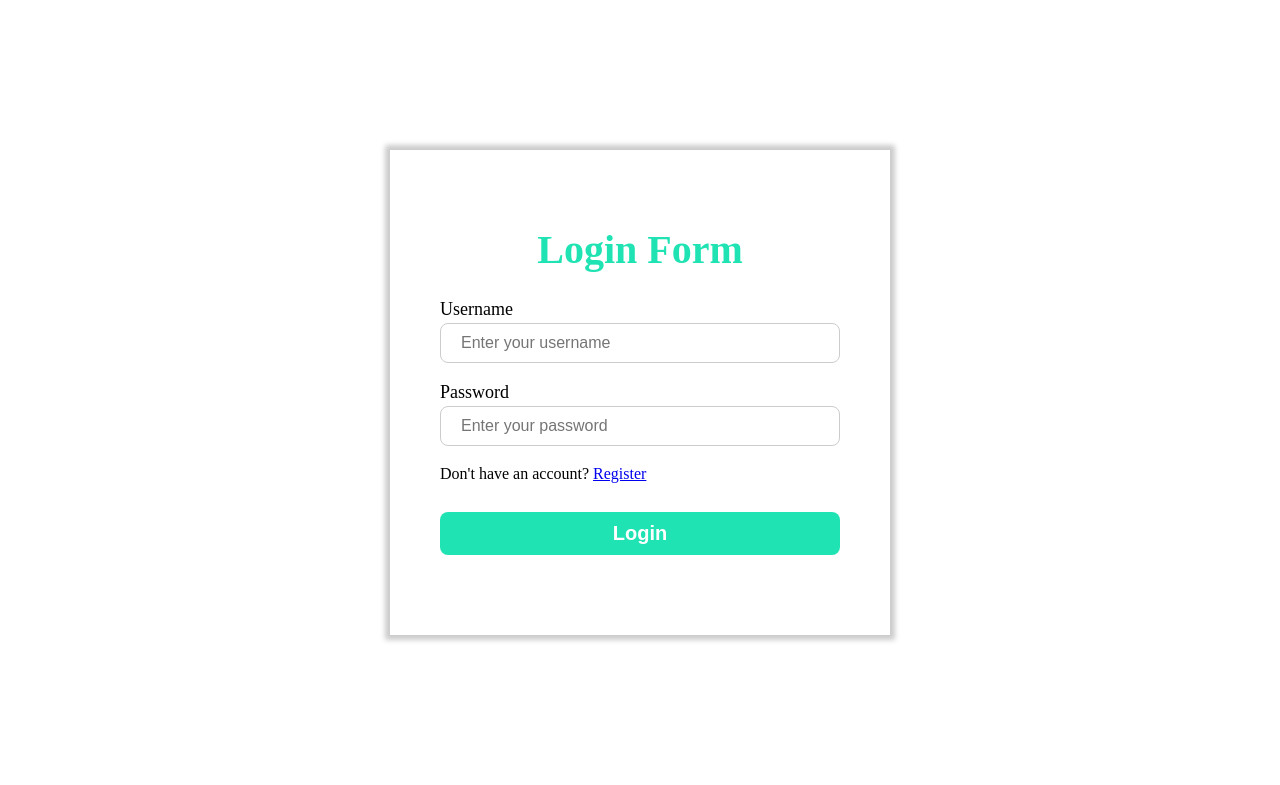
Repository: Trung0810/btl_cnpm_fe
Page: /
The author's editor kept a copy of each file at every save. The page is drawn from the files as they stood at one save, then again after the next save.
The browser window is 1280 px wide. The pictures show the whole page.
The project was rebuilt for these pictures with package versions that can differ from the ones it lists, and the page was loaded fresh each time. Also part of the build but not shown: src/components/header/header.css, src/components/header/Header.js, src/components/footer/Footer.css, src/components/footer/Footer.js, src/components/shoes_list/ShoesCard.css, src/components/shoes_list/ShoesCard.js, src/components/shoes_list/ShoesList.css, src/components/shoes_list/ShoesList.js and 14 more.

Above is the page before, as saved 2026-03-31 09:29:12.

### public/index.html
<!doctype html>
<html lang="en">
  <head>
    <meta charset="utf-8" />
    <link rel="icon" href="%PUBLIC_URL%/favicon.ico" />
    <meta name="viewport" content="width=device-width, initial-scale=1" />
    <meta name="theme-color" content="#000000" />
    <meta
      name="description"
      content="Web site created using create-react-app"
    />
    <link rel="apple-touch-icon" href="%PUBLIC_URL%/logo192.png" />
    <!--
      manifest.json provides metadata used when your web app is installed on a
      user's mobile device or desktop. See https://developers.google.com/web/fundamentals/web-app-manifest/
    -->
    <link rel="manifest" href="%PUBLIC_URL%/manifest.json" />
    <!--
      Notice the use of %PUBLIC_URL% in the tags above.
      It will be replaced with the URL of the `public` folder during the build.
      Only files inside the `public` folder can be referenced from the HTML.

      Unlike "/favicon.ico" or "favicon.ico", "%PUBLIC_URL%/favicon.ico" will
      work correctly both with client-side routing and a non-root public URL.
      Learn how to configure a non-root public URL by running `npm run build`.
    -->
    <link rel="preconnect" href="https://fonts.googleapis.com" />
    <link rel="preconnect" href="https://fonts.gstatic.com" crossorigin />
    <link
      href="https://fonts.googleapis.com/css2?family=DM+Sans:ital,opsz,wght@0,9..40,100..1000;1,9..40,100..1000&family=Oswald:wght@200..700&display=swap"
      rel="stylesheet"
    />
    <title>React App</title>
  </head>
  <body>
    <noscript>You need to enable JavaScript to run this app.</noscript>
    <div id="root"></div>
    <!--
      This HTML file is a template.
      If you open it directly in the browser, you will see an empty page.

      You can add webfonts, meta tags, or analytics to this file.
      The build step will place the bundled scripts into the <body> tag.

      To begin the development, run `npm start` or `yarn start`.
      To create a production bundle, use `npm run build` or `yarn build`.
    -->
  </body>
</html>

### src/index.js
import React from "react";
import ReactDOM from "react-dom/client";
import App from "./App";
import reportWebVitals from "./reportWebVitals";
import "./index.css";
import "./reset.css";
import "@fortawesome/fontawesome-free/css/all.min.css";

const root = ReactDOM.createRoot(document.getElementById("root"));
root.render(
  <React.StrictMode>
    <App />
  </React.StrictMode>,
);

// If you want to start measuring performance in your app, pass a function
// to log results (for example: reportWebVitals(console.log))
// or send to an analytics endpoint. Learn more: https://bit.ly/CRA-vitals
reportWebVitals();

### src/App.js
import { Fragment } from "react";
import Header from "./components/header/Header";
import Footer from "./components/footer/Footer";
import HomePage from "./components/home_page/HomePage";
import ShoesPage from "./components/shoes_page/ShoesPage";
import LoginForm from "./components/login_form/LoginForm";
import "./App.css";

function App() {
  return (
    <Fragment>
      {/* <Header></Header>
      <HomePage></HomePage>
      <ShoesPage></ShoesPage>
      <Footer></Footer> */}
      <LoginForm></LoginForm>
    </Fragment>
  );
}

export default App;

### src/index.css
body {
  margin: 0;
  font-family:
    -apple-system, BlinkMacSystemFont, "Segoe UI", "Roboto", "Oxygen", "Ubuntu",
    "Cantarell", "Fira Sans", "Droid Sans", "Helvetica Neue", sans-serif;
  -webkit-font-smoothing: antialiased;
  -moz-osx-font-smoothing: grayscale;
  font-family: "DM Sans", sans-serif;
}
body::-webkit-scrollbar {
  display: none;
}
code {
  font-family:
    source-code-pro, Menlo, Monaco, Consolas, "Courier New", monospace;
}
* {
  box-sizing: border-box;
}

### src/components/login_form/LoginForm.js
import React from "react";
import { useForm } from "react-hook-form";
import { yupResolver } from "@hookform/resolvers/yup";
import * as yup from "yup";
import "./LoginForm.css";

const LoginForm = () => {
  const schema = yup.object({
    username: yup
      .string()
      .required("Please enter your username!")
      .min(8, "Must be at least 8 characters!")
      .max(16, "Must be at most 16 characters!"),
    password: yup.string().required("Please enter your password!"),
  });

  const {
    register,
    handleSubmit,
    formState: { errors, isValid },
  } = useForm({
    mode: "onChange",
    resolver: yupResolver(schema),
  });

  const submit = (values) => {
    console.log(values);
  };

  return (
    <form className="login-form" onSubmit={handleSubmit(submit)}>
      <h2 className="login-form-title">Login Form</h2>
      <div className="login-form-wrapper">
        <label htmlFor="username">Username</label>
        <input
          type="text"
          id="username"
          className="login-form-input"
          placeholder="Enter your username"
          {...register("username")}
        />
        {errors.username && (
          <div className="login-form-error">{errors.username.message}</div>
        )}
      </div>
      <div className="login-form-wrapper">
        <label htmlFor="password">Password</label>
        <input
          type="text"
          id="password"
          className="login-form-input"
          placeholder="Enter your password"
          {...register("password")}
        />
        {errors.password && (
          <div className="login-form-error">{errors.password.message}</div>
        )}
      </div>
      <div className="login-form-option">
        <p>
          Don't have an account? <a href="#">Register</a>
        </p>
      </div>
      <button
        type="submit"
        className="login-form-button"
        style={{ pointerEvents: isValid ? "" : "none" }}
      >
        Login
      </button>
    </form>
  );
};

export default LoginForm;

### src/App.css
input {
  display: block;
  font-size: 16px;
  font-weight: 500;
  padding: 10px 20px;
  border: 1px solid #ccc;
  border-radius: 8px;
  outline: none;
}
button {
  display: block;
  width: 200px;
  padding: 10px 30px;
  font-size: 24px;
  font-weight: 500;
  border-radius: 8px;
  border: none;
  outline: none;
  cursor: pointer;
}

### src/components/login_form/LoginForm.css
.login-form {
  width: 500px;
  padding: 80px 50px;
  margin: 150px auto;
  box-shadow: 0 0 5px 5px #ccc;
}
.login-form-title {
  font-size: 40px;
  font-weight: bold;
  color: #20e3b4;
  text-align: center;
  margin-bottom: 30px;
}
.login-form-wrapper {
  display: flex;
  flex-direction: column;
  row-gap: 5px;
  margin-bottom: 20px;
}
.login-form-wrapper label {
  font-size: 18px;
  font-weight: 500;
}
.login-form-input {
  width: 100%;
}
.login-form-error {
  font-weight: 500;
  color: #de4242;
}
.login-form-option {
  font-size: 16px;
}
.login-form-button {
  width: 100%;
  background-color: #20e3b4;
  font-size: 20px;
  font-weight: bold;
  color: #fff;
  margin-top: 30px;
}

Loaded but not shown: src/reportWebVitals.js (common file); src/reset.css (common file)

After the next save:
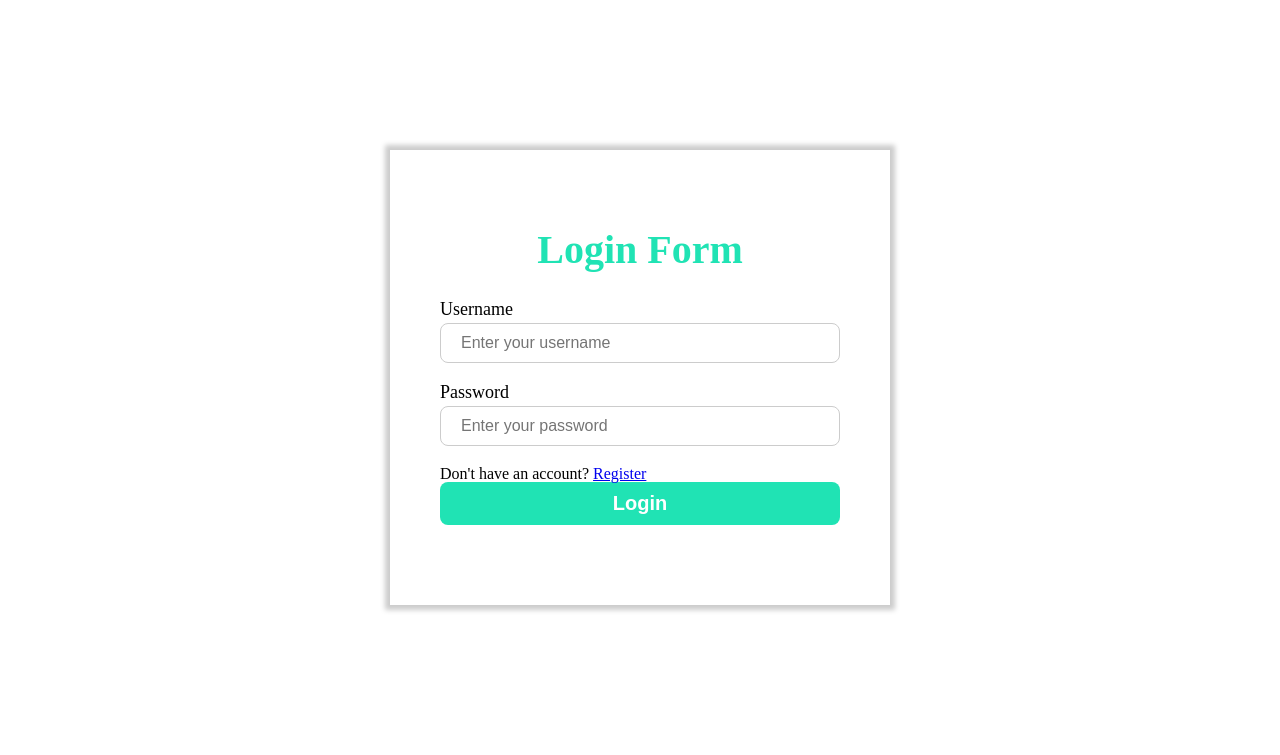
Saved 24 s later.
--- a/src/components/login_form/LoginForm.css
+++ b/src/components/login_form/LoginForm.css
@@ -37,5 +37,5 @@
   font-size: 20px;
   font-weight: bold;
   color: #fff;
-  margin-top: 30px;
+  margin-top: auto;
 }
